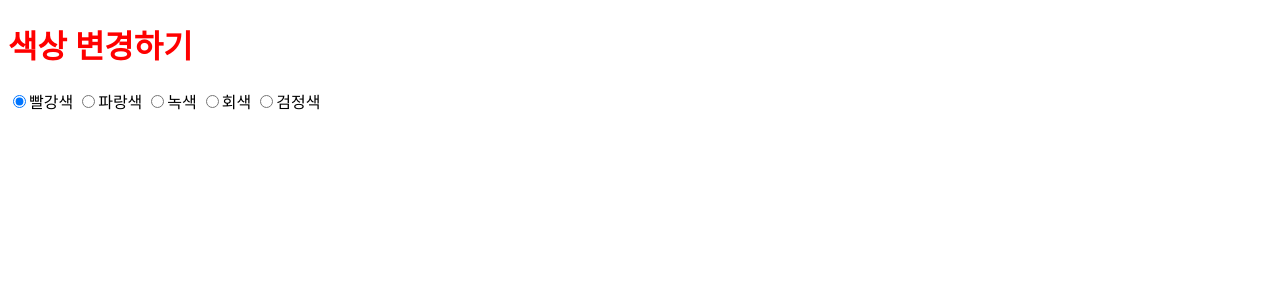
Repository: zmfhd1/Web
Page: jstest/WebContent/event3.html
An editor plug-in stored every save of this project. The page is shown before and after the next save, followed by the edit.
The browser window is 1280 px wide. The pictures show the whole page.
After loading, the first visible `input` was changed once.

Above is the page before, as saved 2021-08-25 02:21:15.

After the next save:
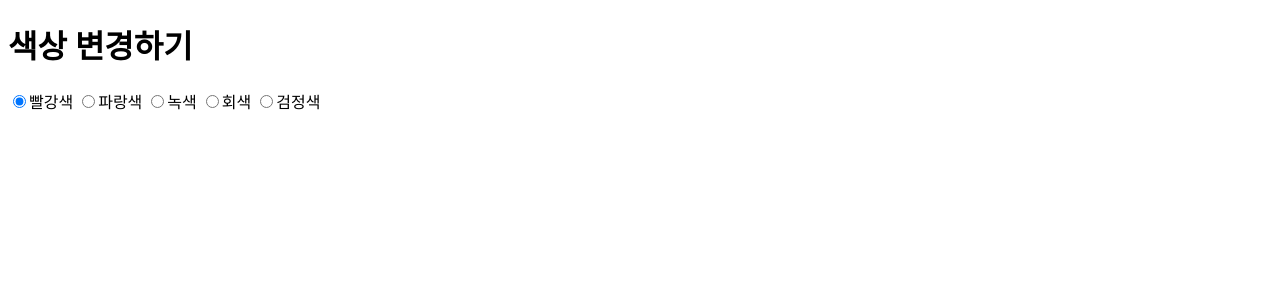
Console error: TypeError: Cannot set properties of undefined (setting 'value')
Saved 3 min 0 s later.
--- a/jstest/WebContent/event3.html
+++ b/jstest/WebContent/event3.html
@@ -15,20 +15,19 @@
 	var h1 = document.getElementById("change");
 	var div = document.getElementById("result");
 
-
-
-	for(i=0; i<radio_list.length; i++){
+	for(i = 0; i < radio_list.length; i++){
 		radio_list[i].onchange = function(){
-			if(radio_list[i] = "red"){
+			if(radio_list[i].value = "red"){
+				//this.value + ":" + this.checked
 				h1.style.color = "red";
 			}
-			else if(radio_list[i] = "blue"){
+			else if(radio_list[i].value = "blue"){
 				h1.style.color = "blue";
 			}
-			else if(radio_list[i] = "green"){
+			else if(radio_list[i].value = "green"){
 				h1.style.color = "green";
 			}
-			else if(radio_list[i] = "silver"){
+			else if(radio_list[i].value = "silver"){
 				cc.style.color = "silver";
 			}
 			else{

After the save that followed:
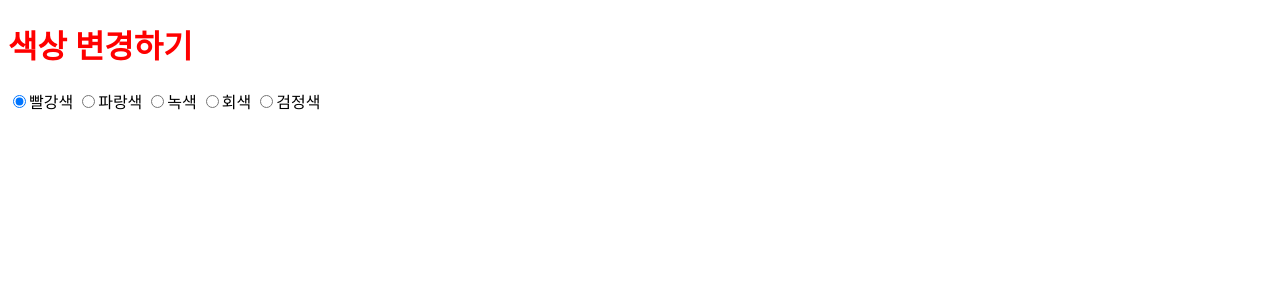
The error is gone.
Saved 30 s later.
--- a/jstest/WebContent/event3.html
+++ b/jstest/WebContent/event3.html
@@ -17,17 +17,17 @@
 
 	for(i = 0; i < radio_list.length; i++){
 		radio_list[i].onchange = function(){
-			if(radio_list[i].value = "red"){
+			if(radio_list[i] = "red"){
 				//this.value + ":" + this.checked
 				h1.style.color = "red";
 			}
-			else if(radio_list[i].value = "blue"){
+			else if(radio_list[i] = "blue"){
 				h1.style.color = "blue";
 			}
-			else if(radio_list[i].value = "green"){
+			else if(radio_list[i] = "green"){
 				h1.style.color = "green";
 			}
-			else if(radio_list[i].value = "silver"){
+			else if(radio_list[i] = "silver"){
 				cc.style.color = "silver";
 			}
 			else{
